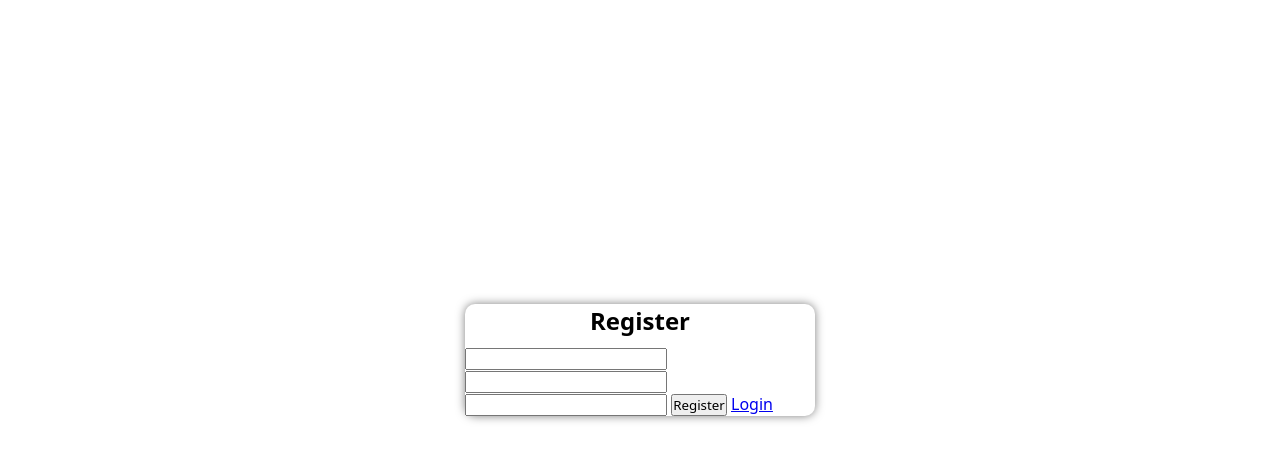
Repository: SanjaySokal/learn-java
Page: http://localhost/ServletProject/home.jsp
The author's editor kept a copy of each file at every save. The page is drawn from the files as they stood at one save, then again after the next save.
The browser window is 1280 px wide. The pictures show the whole page.
The page is served by Tomcat 9.

Above is the page before, as saved 2023-09-09 03:08:58.

After the next save:
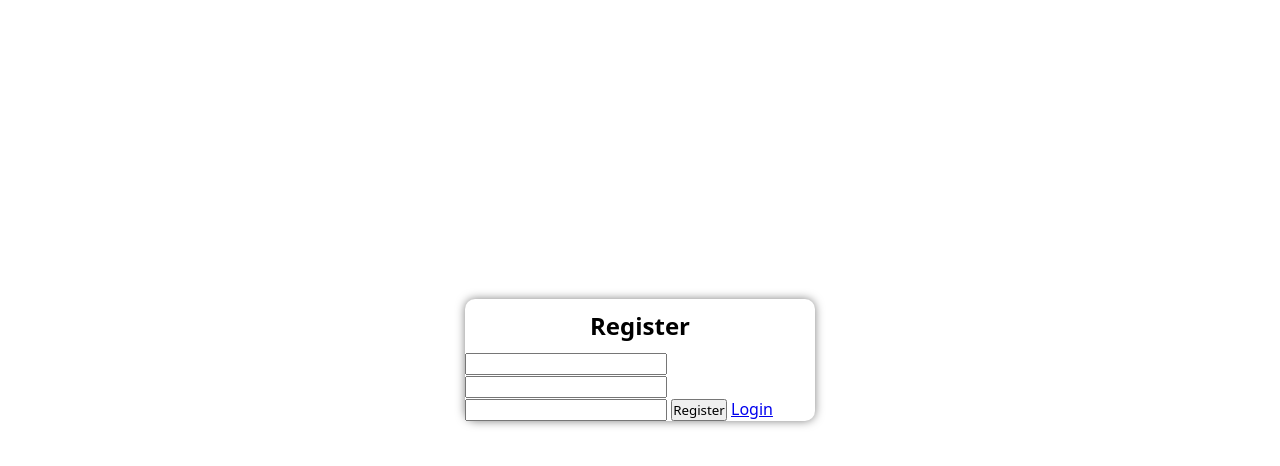
Saved 25 s later.
--- a/ServletProject/src/main/webapp/style.css
+++ b/ServletProject/src/main/webapp/style.css
@@ -21,5 +21,5 @@
 
 form h2 {
 	text-align: center;
-	margin-bottom: 10px;
+	margin: 10px auto;
 }
